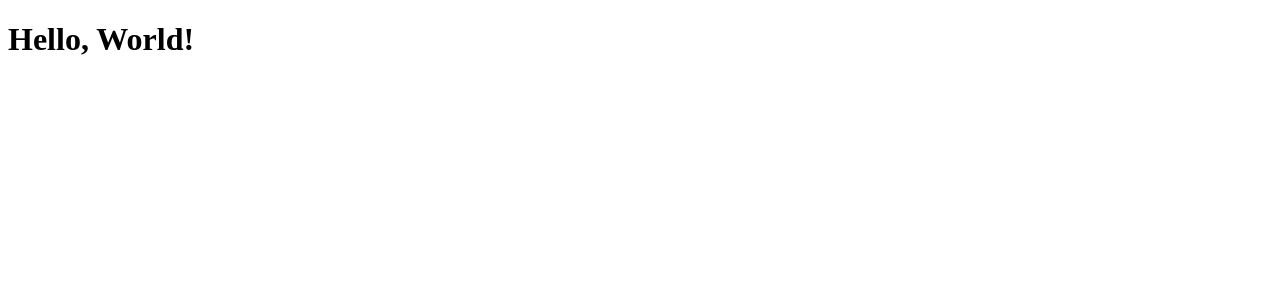
Repository: deividwsantoss/WEBD6201-W2021-Week1-lab1
Page: index.html
An editor plug-in stored every save of this project. The page is shown before and after the next save, followed by the edit.
The browser window is 1280 px wide. The pictures show the whole page.

Above is the page before, as saved 2021-02-01 17:49:35.

After the next save:
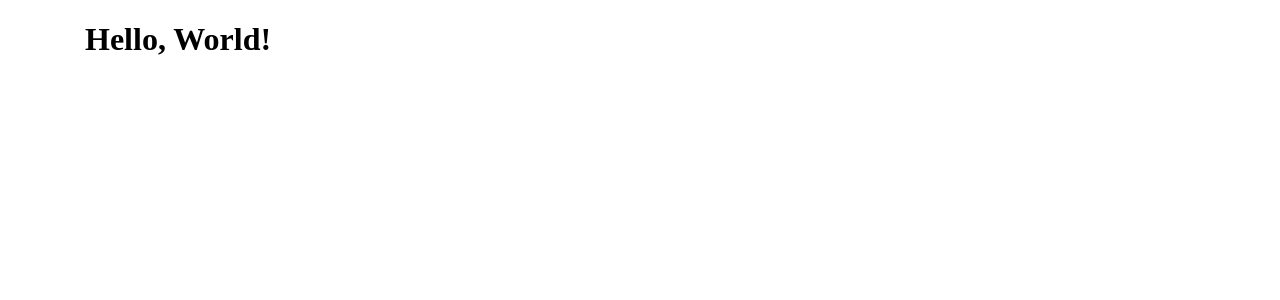
Saved 2 h 9 min later.
--- a/index.html
+++ b/index.html
@@ -10,7 +10,7 @@
     <link rel="stylesheet" href="./Content/app.css">
 </head>
 <body>
-        <div>
+        <div class="container">
             <h1>Hello, World!</h1>
         </div>
 
